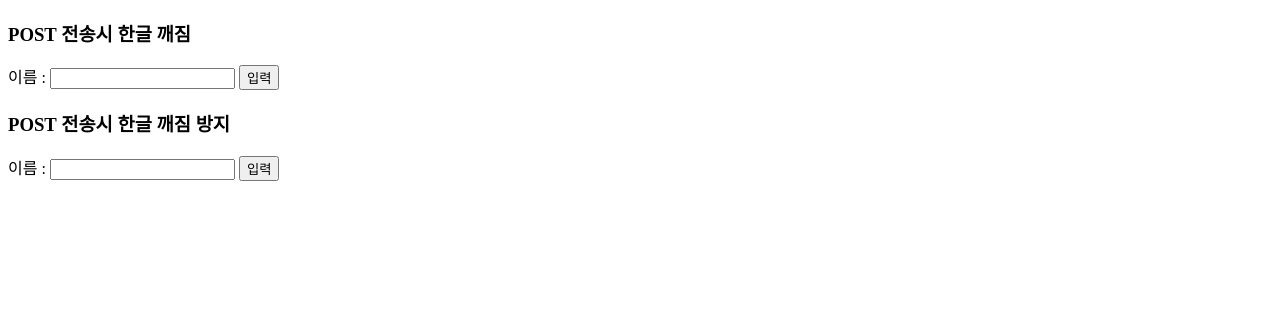
Repository: YooMyeongSeon/JSP_Servlet_Study
Page: http://localhost/web07/Ex_20_Form.jsp
The author's editor kept a copy of each file at every save. The page is drawn from the files as they stood at one save, then again after a run of saves.
The browser window is 1280 px wide. The pictures show the whole page.
The page is served by Tomcat 9.

Above is the page before, as saved 2022-06-10 06:58:22.

After the next 2 saves:
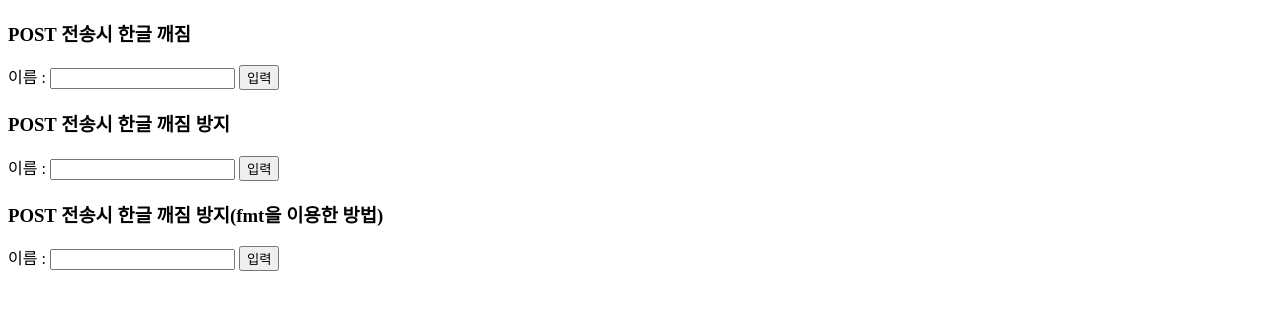
The 2 saves are shown as one change because they came seconds apart.
The last was saved 75 s later.
--- a/web07/WebContent/Ex_20_Form.jsp
+++ b/web07/WebContent/Ex_20_Form.jsp
@@ -17,5 +17,10 @@
 		이름 : <input type="text" name="name">
 		<input type="submit" value="입력">
 	</form>
+	<h3>POST 전송시 한글 깨짐 방지(fmt을 이용한 방법)</h3>
+	<form action="EX_20_Result3.jsp" method="POST">
+		이름 : <input type="text" name="name">
+		<input type="submit" value="입력">
+	</form>
 </body>
 </html>
